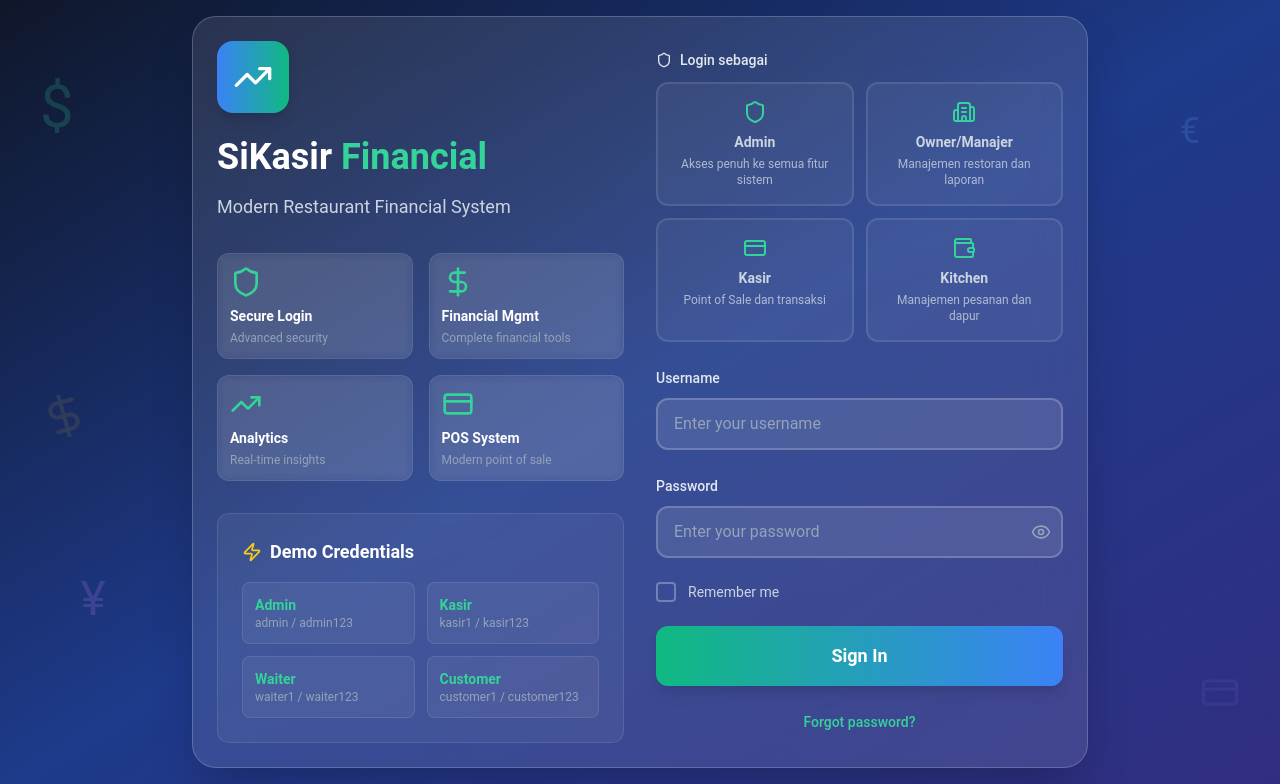
Repository: luthfirf17/SiKasir
Page: / (app in frontend/)
These files come from the project's save history. The page is drawn as it stood at one moment and after the next save; the edit follows.
The browser window is 1280 px wide. The pictures show the whole page.
The page's requests for data from a server got no answer. The project was rebuilt for these pictures with package versions that can differ from the ones it lists, and the page was loaded fresh each time. No one was signed in, and anything a server would have sent is missing. Also part of the build but not shown: frontend/src/modules/admin/config/navigationConfig.ts, frontend/src/modules/admin/components/ModernAdminNavigation.tsx, frontend/src/modules/admin/components/AdminNavbar.tsx, frontend/src/modules/admin/layouts/AdminLayout.tsx, frontend/src/modules/admin/pages/DashboardPage.tsx, frontend/src/services/MenuService.ts, frontend/src/utils/menuDataConverter.ts, frontend/src/hooks/useMenuData.ts and 19 more.

Above is the page before, as saved 2025-09-25 17:21:59.

After the next save:
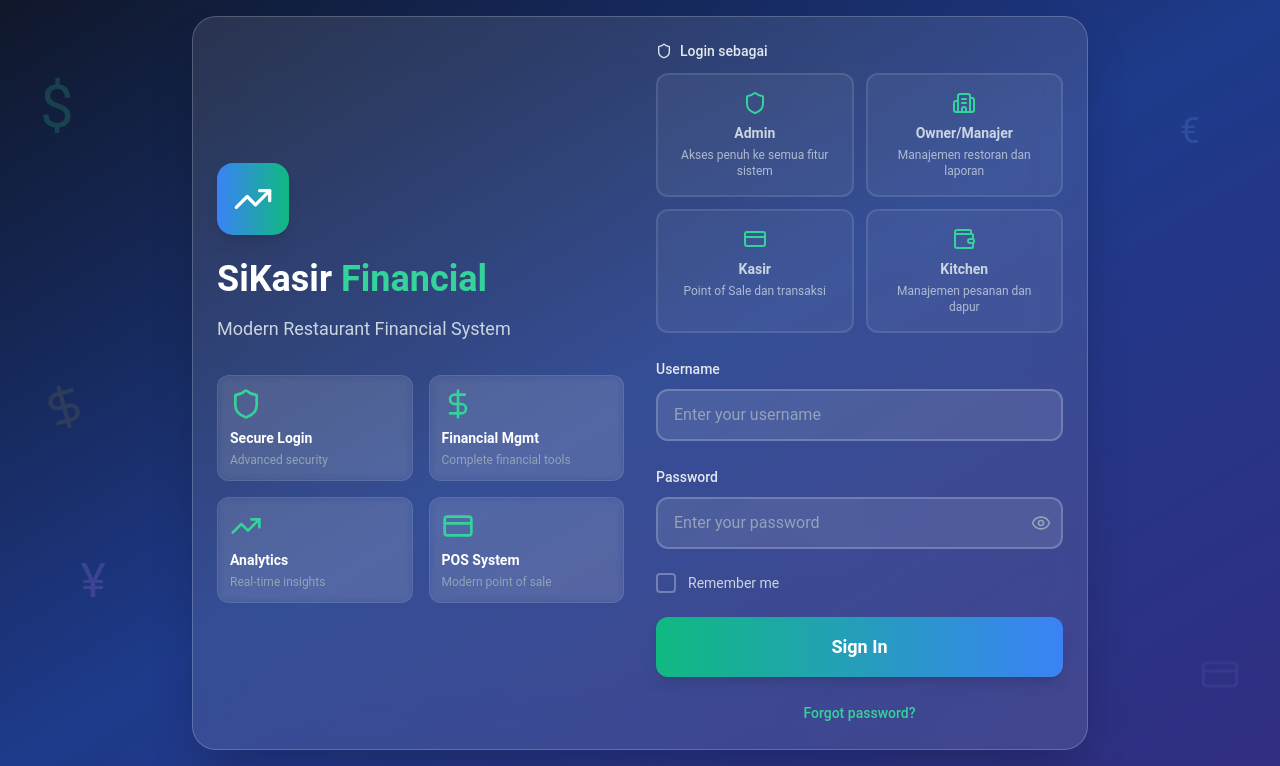
Saved 2 min 4 s later.
--- a/frontend/src/pages/LoginPage.tsx
+++ b/frontend/src/pages/LoginPage.tsx
@@ -229,6 +229,7 @@ const LoginPage = () => {
               </div>
 
               {/* Demo Credentials - Desktop */}
+              {/*
               <div className="bg-white/5 rounded-xl p-6 border border-white/10">
                 <h3 className="text-lg font-semibold text-white mb-4 flex items-center gap-2">
                   <Zap className="h-5 w-5 text-yellow-400" />
@@ -260,6 +261,7 @@ const LoginPage = () => {
                   ))}
                 </div>
               </div>
+              */}
             </div>
 
             {/* Right Side - Login Form */}
